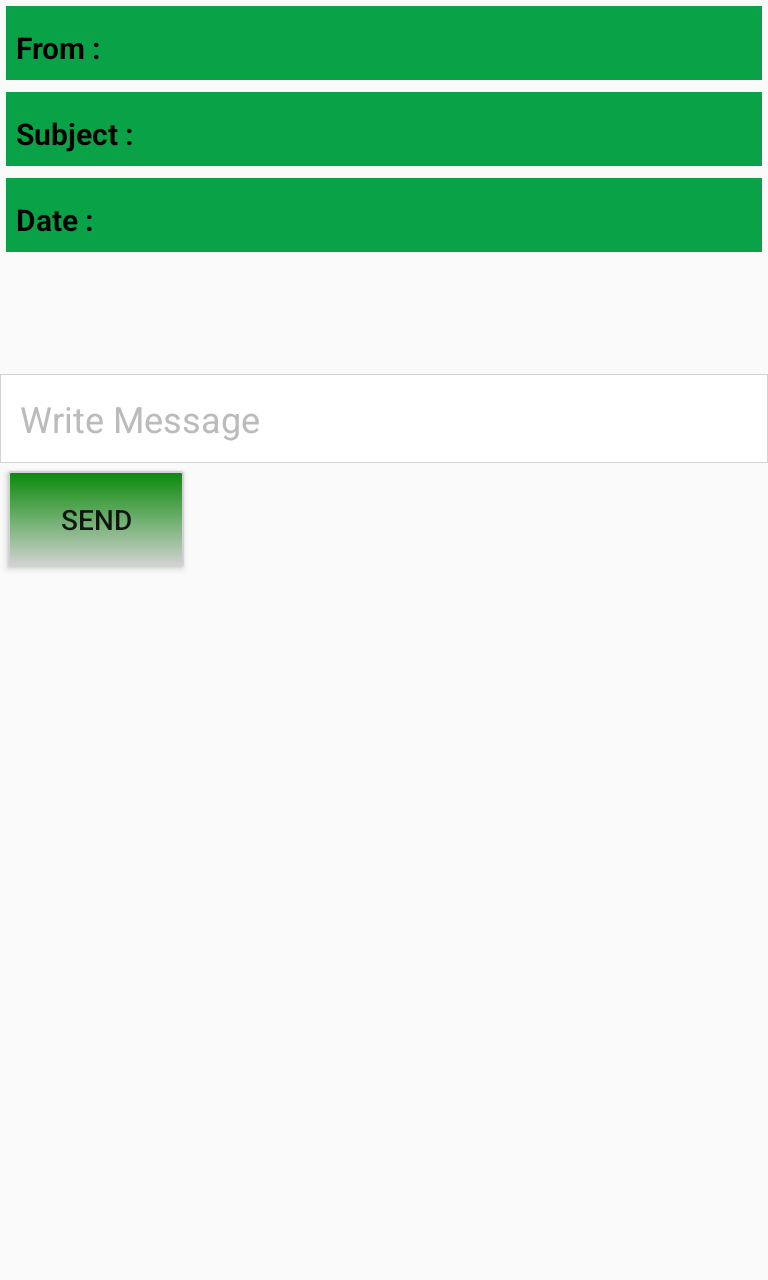
Repository: iguardian2015/iguardian-litchi
Layout: iguardian/res/layout/custom_inbox_view.xml
An editor plug-in stored every save of this project. The layout is shown before and after the next save, followed by the edit.
It is drawn on a 768 x 1280 px phone screen (xhdpi) without system bars, with theme AppTheme; the app's code is not run.

Above is the layout before, as saved 2015-01-10 12:25:12.

After the next save:
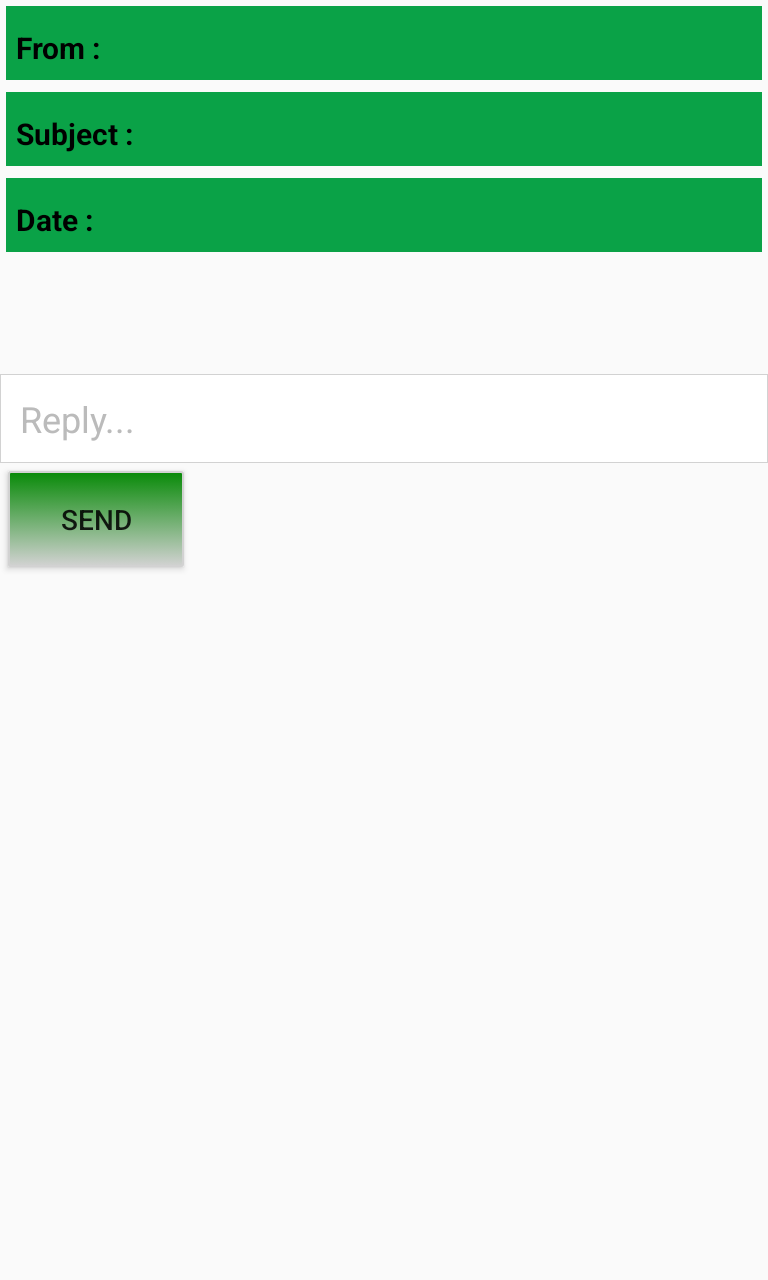
Saved 22 s later.
--- a/iguardian/res/layout/custom_inbox_view.xml
+++ b/iguardian/res/layout/custom_inbox_view.xml
@@ -138,7 +138,7 @@
             android:layout_height="match_parent"
             android:layout_marginTop="5dp"
             android:background="@drawable/edittext_default_bg"
-            android:hint="Write Message"
+            android:hint="Reply..."
             android:inputType="textMultiLine"
             android:padding="10dp"
             android:textColorHint="#bbbbbb" />
